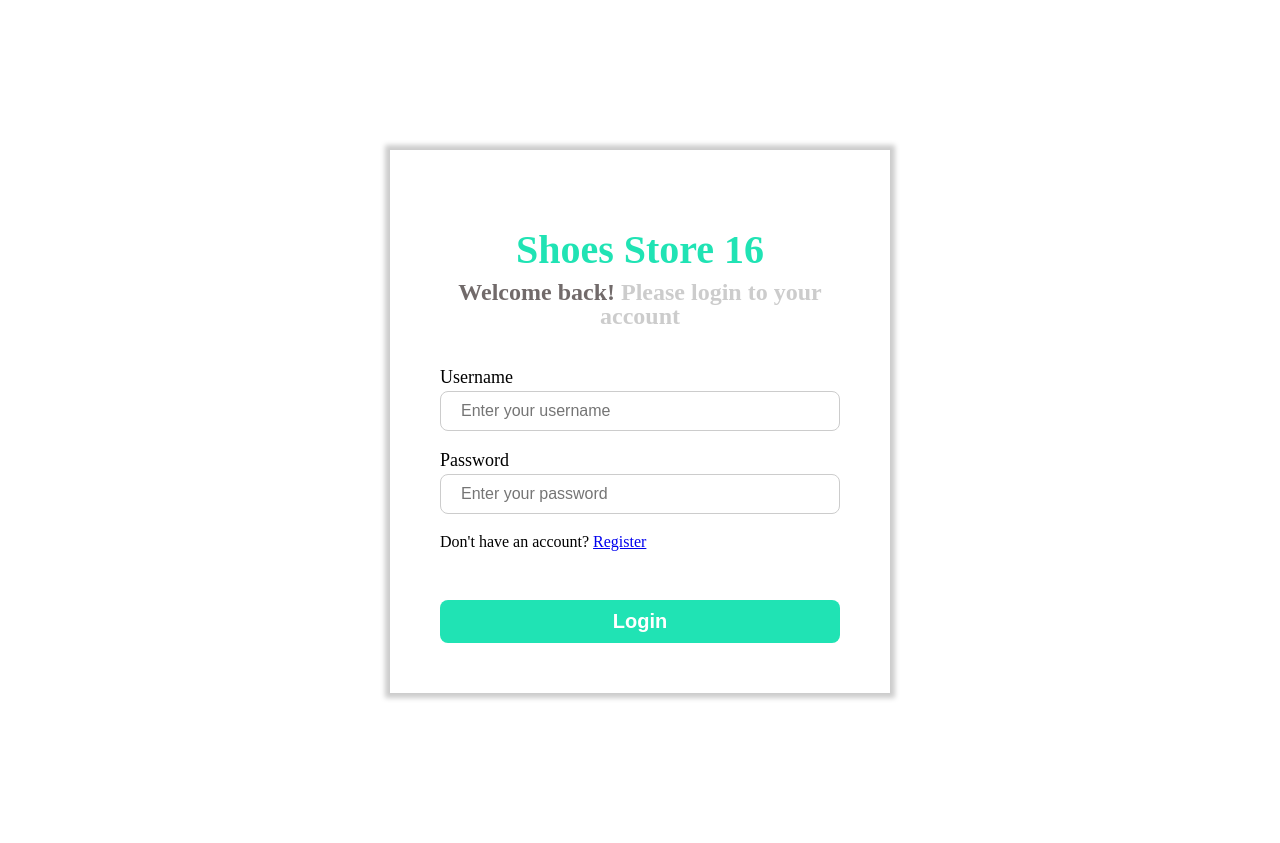
Repository: Trung0810/btl_cnpm_fe
Page: /
These files come from the project's save history. The page is drawn as it stood at one moment and after the next save; the edit follows.
The browser window is 1280 px wide. The pictures show the whole page.
The project was rebuilt for these pictures with package versions that can differ from the ones it lists, and the page was loaded fresh each time. Also part of the build but not shown: src/components/header/header.css, src/components/header/Header.js, src/components/footer/Footer.css, src/components/footer/Footer.js, src/components/shoes_list/ShoesCard.css, src/components/shoes_list/ShoesCard.js, src/components/shoes_list/ShoesList.css, src/components/shoes_list/ShoesList.js and 14 more.

Above is the page before, as saved 2026-03-31 09:40:00.

### public/index.html
<!doctype html>
<html lang="en">
  <head>
    <meta charset="utf-8" />
    <link rel="icon" href="%PUBLIC_URL%/favicon.ico" />
    <meta name="viewport" content="width=device-width, initial-scale=1" />
    <meta name="theme-color" content="#000000" />
    <meta
      name="description"
      content="Web site created using create-react-app"
    />
    <link rel="apple-touch-icon" href="%PUBLIC_URL%/logo192.png" />
    <!--
      manifest.json provides metadata used when your web app is installed on a
      user's mobile device or desktop. See https://developers.google.com/web/fundamentals/web-app-manifest/
    -->
    <link rel="manifest" href="%PUBLIC_URL%/manifest.json" />
    <!--
      Notice the use of %PUBLIC_URL% in the tags above.
      It will be replaced with the URL of the `public` folder during the build.
      Only files inside the `public` folder can be referenced from the HTML.

      Unlike "/favicon.ico" or "favicon.ico", "%PUBLIC_URL%/favicon.ico" will
      work correctly both with client-side routing and a non-root public URL.
      Learn how to configure a non-root public URL by running `npm run build`.
    -->
    <link rel="preconnect" href="https://fonts.googleapis.com" />
    <link rel="preconnect" href="https://fonts.gstatic.com" crossorigin />
    <link
      href="https://fonts.googleapis.com/css2?family=DM+Sans:ital,opsz,wght@0,9..40,100..1000;1,9..40,100..1000&family=Oswald:wght@200..700&display=swap"
      rel="stylesheet"
    />
    <title>React App</title>
  </head>
  <body>
    <noscript>You need to enable JavaScript to run this app.</noscript>
    <div id="root"></div>
    <!--
      This HTML file is a template.
      If you open it directly in the browser, you will see an empty page.

      You can add webfonts, meta tags, or analytics to this file.
      The build step will place the bundled scripts into the <body> tag.

      To begin the development, run `npm start` or `yarn start`.
      To create a production bundle, use `npm run build` or `yarn build`.
    -->
  </body>
</html>

### src/index.js
import React from "react";
import ReactDOM from "react-dom/client";
import App from "./App";
import reportWebVitals from "./reportWebVitals";
import "./index.css";
import "./reset.css";
import "@fortawesome/fontawesome-free/css/all.min.css";

const root = ReactDOM.createRoot(document.getElementById("root"));
root.render(
  <React.StrictMode>
    <App />
  </React.StrictMode>,
);

// If you want to start measuring performance in your app, pass a function
// to log results (for example: reportWebVitals(console.log))
// or send to an analytics endpoint. Learn more: https://bit.ly/CRA-vitals
reportWebVitals();

### src/App.js
import { Fragment } from "react";
import Header from "./components/header/Header";
import Footer from "./components/footer/Footer";
import HomePage from "./components/home_page/HomePage";
import ShoesPage from "./components/shoes_page/ShoesPage";
import LoginForm from "./components/login_form/LoginForm";
import "./App.css";

function App() {
  return (
    <Fragment>
      {/* <Header></Header>
      <HomePage></HomePage>
      <ShoesPage></ShoesPage>
      <Footer></Footer> */}
      <LoginForm></LoginForm>
    </Fragment>
  );
}

export default App;

### src/index.css
body {
  margin: 0;
  font-family:
    -apple-system, BlinkMacSystemFont, "Segoe UI", "Roboto", "Oxygen", "Ubuntu",
    "Cantarell", "Fira Sans", "Droid Sans", "Helvetica Neue", sans-serif;
  -webkit-font-smoothing: antialiased;
  -moz-osx-font-smoothing: grayscale;
  font-family: "DM Sans", sans-serif;
}
body::-webkit-scrollbar {
  display: none;
}
code {
  font-family:
    source-code-pro, Menlo, Monaco, Consolas, "Courier New", monospace;
}
* {
  box-sizing: border-box;
}

### src/components/login_form/LoginForm.js
import React from "react";
import { useForm } from "react-hook-form";
import { yupResolver } from "@hookform/resolvers/yup";
import * as yup from "yup";
import "./LoginForm.css";

const LoginForm = () => {
  const schema = yup.object({
    username: yup
      .string()
      .required("Please enter your username!")
      .min(8, "Must be at least 8 characters!")
      .max(16, "Must be at most 16 characters!"),
    password: yup.string().required("Please enter your password!"),
  });

  const {
    register,
    handleSubmit,
    formState: { errors, isValid },
  } = useForm({
    mode: "onChange",
    resolver: yupResolver(schema),
  });

  const submit = (values) => {
    console.log(values);
  };

  return (
    <form className="login-form" onSubmit={handleSubmit(submit)}>
      <h2 className="login-form-title">Shoes Store 16</h2>
      <h3 className="login-form-desc">
        <b>Welcome back!</b> Please login to your account
      </h3>
      <div className="login-form-wrapper">
        <label htmlFor="username">Username</label>
        <input
          type="text"
          id="username"
          className="login-form-input"
          placeholder="Enter your username"
          {...register("username")}
        />
        {errors.username && (
          <div className="login-form-error">{errors.username.message}</div>
        )}
      </div>
      <div className="login-form-wrapper">
        <label htmlFor="password">Password</label>
        <input
          type="text"
          id="password"
          className="login-form-input"
          placeholder="Enter your password"
          {...register("password")}
        />
        {errors.password && (
          <div className="login-form-error">{errors.password.message}</div>
        )}
      </div>
      <div className="login-form-option">
        <p>
          Don't have an account? <a href="#">Register</a>
        </p>
      </div>
      <button
        type="submit"
        className="login-form-button"
        style={{ pointerEvents: isValid ? "" : "none" }}
      >
        Login
      </button>
    </form>
  );
};

export default LoginForm;

### src/App.css
input {
  display: block;
  font-size: 16px;
  font-weight: 500;
  padding: 10px 20px;
  border: 1px solid #ccc;
  border-radius: 8px;
  outline: none;
}
button {
  display: block;
  width: 200px;
  padding: 10px 30px;
  font-size: 24px;
  font-weight: 500;
  border-radius: 8px;
  border: none;
  outline: none;
  cursor: pointer;
}

### src/components/login_form/LoginForm.css
.login-form {
  width: 500px;
  padding: 80px 50px 50px;
  margin: 150px auto;
  box-shadow: 0 0 5px 5px #ccc;
}
.login-form-title {
  font-size: 40px;
  font-weight: bold;
  color: #20e3b4;
  text-align: center;
  margin-bottom: 10px;
}
.login-form-desc {
  font-size: 24px;
  font-weight: bold;
  color: #ccc;
  text-align: center;
  margin-bottom: 40px;
}
.login-form-desc b {
  color: #716a6a;
}
.login-form-wrapper {
  display: flex;
  flex-direction: column;
  row-gap: 5px;
  margin-bottom: 20px;
}
.login-form-wrapper label {
  font-size: 18px;
  font-weight: 500;
}
.login-form-input {
  width: 100%;
}
.login-form-error {
  font-weight: 500;
  color: #de4242;
}
.login-form-option {
  font-size: 16px;
}
.login-form-button {
  width: 100%;
  background-color: #20e3b4;
  font-size: 20px;
  font-weight: bold;
  color: #fff;
  margin-top: 50px;
}

Loaded but not shown: src/reportWebVitals.js (common file); src/reset.css (common file)

After the next save:
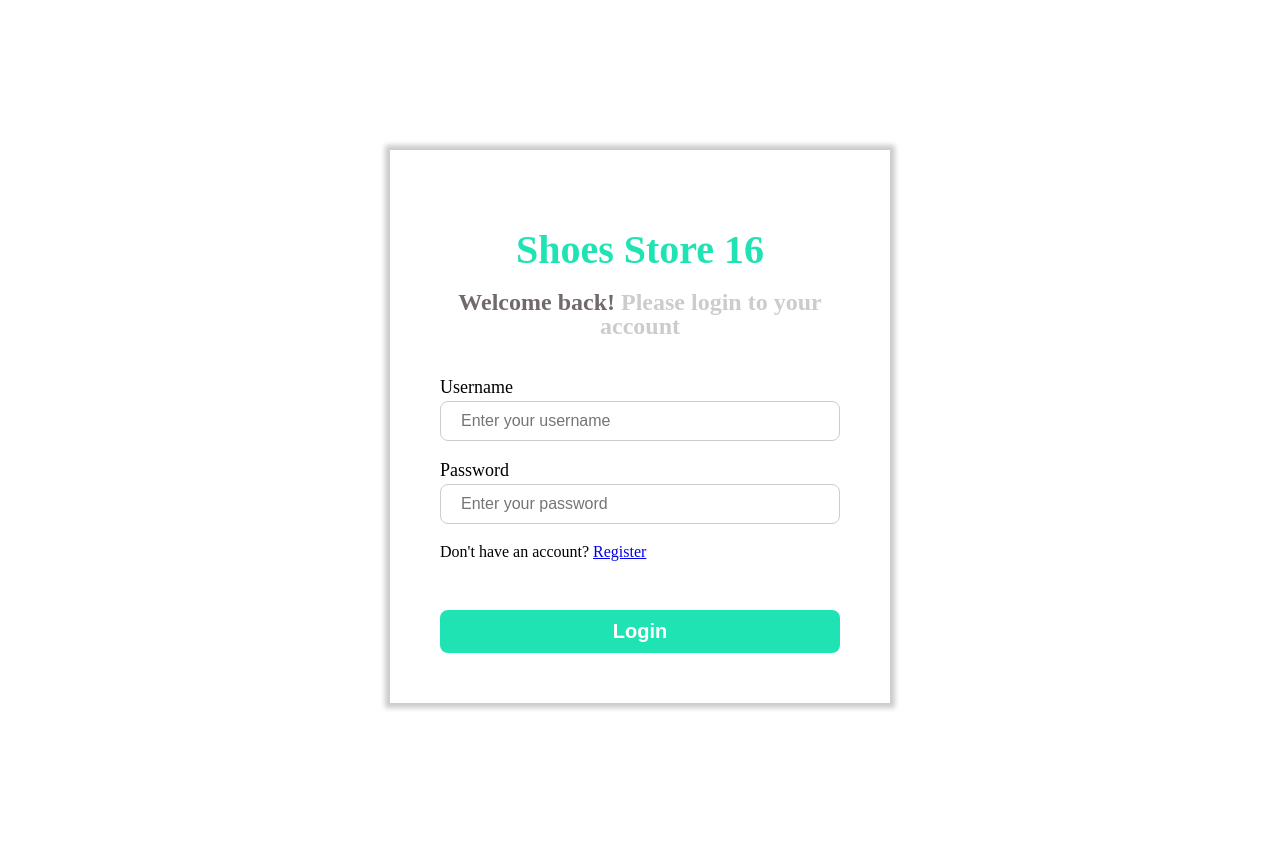
Saved 12 s later.
--- a/src/components/login_form/LoginForm.css
+++ b/src/components/login_form/LoginForm.css
@@ -9,7 +9,7 @@
   font-weight: bold;
   color: #20e3b4;
   text-align: center;
-  margin-bottom: 10px;
+  margin-bottom: 20px;
 }
 .login-form-desc {
   font-size: 24px;
